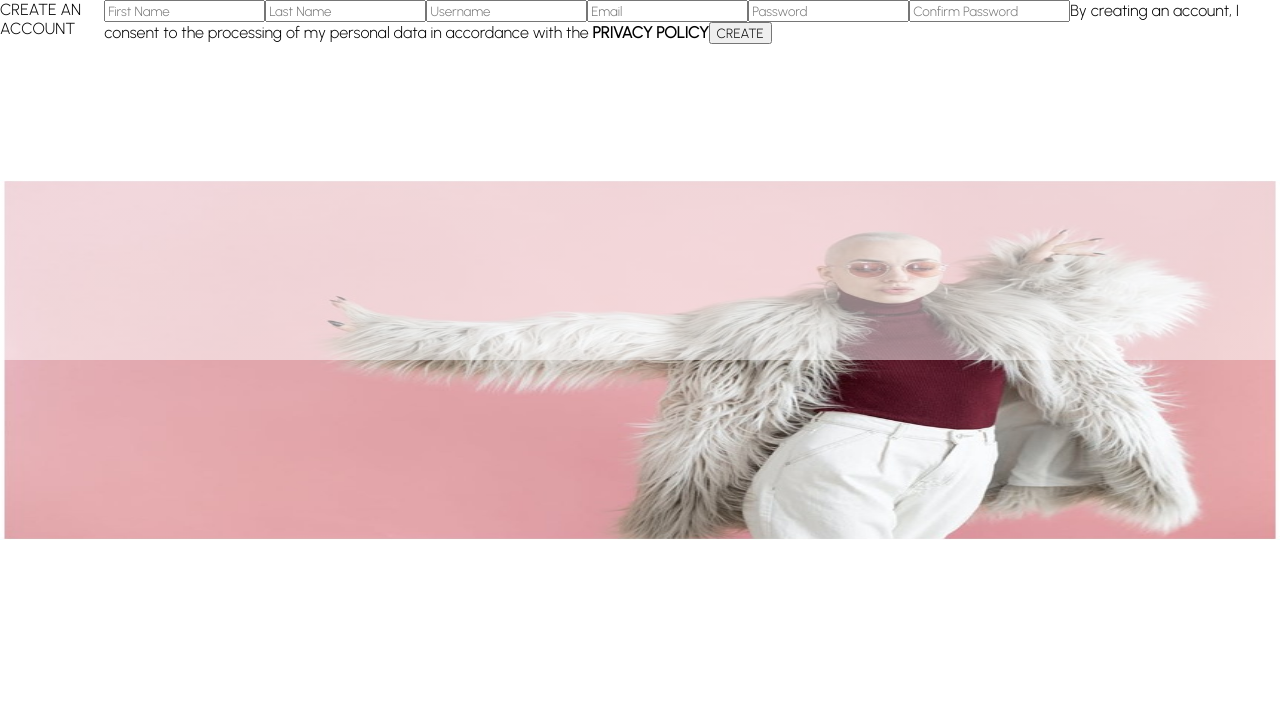
Repository: kmvaghela/ECOMMERCE
Page: /
An editor plug-in stored every save of this project. The page is shown before and after the next save, followed by the edit.
The browser window is 1280 px wide. The pictures show the whole page.
The project was rebuilt for these pictures with package versions that can differ from the ones it lists, and the page was loaded fresh each time. Also part of the build but not shown: src/components/Announcement.jsx, src/data.js, src/components/CategoryItem.jsx, src/components/Categories.jsx, src/components/Navbar.jsx, src/components/Product.jsx, src/components/Products.jsx, src/components/Slider.jsx and 5 more.

Above is the page before, as saved 2022-02-24 09:57:30.

### public/index.html
<!DOCTYPE html>
<html lang="en">

<head>
  <meta charset="utf-8" />
  <meta name="viewport" content="width=device-width, initial-scale=1" />
  <meta name="description" content="Web site created using create-react-app" />
  <link href="https://fonts.googleapis.com/css2?family=Urbanist:wght@100;200;300&display=swap" rel="stylesheet">
  <style>
    * {
      margin: 0;
      font-family: 'Urbanist', sans-serif;
    }
  </style>
  <title>React App</title>
</head>

<body>
  <noscript>You need to enable JavaScript to run this app.</noscript>
  <div id="root"></div>
</body>

</html>

### src/App.jsx
import Home from "./pages/Home";
import Product from "./pages/Product";
import ProductList from "./pages/ProductList";
import Register from "./pages/Register";

const App = () => {
  return (
    // <Home />
    // <ProductList />
    // <Product />
    <Register />
  );
};

export default App;

### src/pages/Register.jsx
import React from "react";
import styled from "styled-components";
import RegisterBg from "../assets/register-bg.jpg";

const Container = styled.div``;

const Wrapper = styled.div`
  height: 100vh;
  width: 100vw;
  background: linear-gradient(
      rgba(255, 255, 255, 0.5),
      rgba(255, 255, 255, 0.5)
    ),
    url(${RegisterBg}) center;
  background-repeat: no-repeat;
  background-size: 100% 50%;
  display:flex;
`;

const Title = styled.div``;

const Form = styled.form``;

const Input = styled.input``;

const Agreement = styled.span``;

const Button = styled.button``;

const Register = () => {
  return (
    <Container>
      <Wrapper>
        <Title>CREATE AN ACCOUNT</Title>
        <Form>
          <Input placeholder="First Name" />
          <Input placeholder="Last Name" />
          <Input placeholder="Username" />
          <Input placeholder="Email" />
          <Input placeholder="Password" />
          <Input placeholder="Confirm Password" />
          <Agreement>
            By creating an account, I consent to the processing of my personal
            data in accordance with the <b>PRIVACY POLICY</b>
          </Agreement>
          <Button>CREATE</Button>
        </Form>
      </Wrapper>
    </Container>
  );
};

export default Register;

Loaded but not shown: src/index.js (common file)

After the next save:
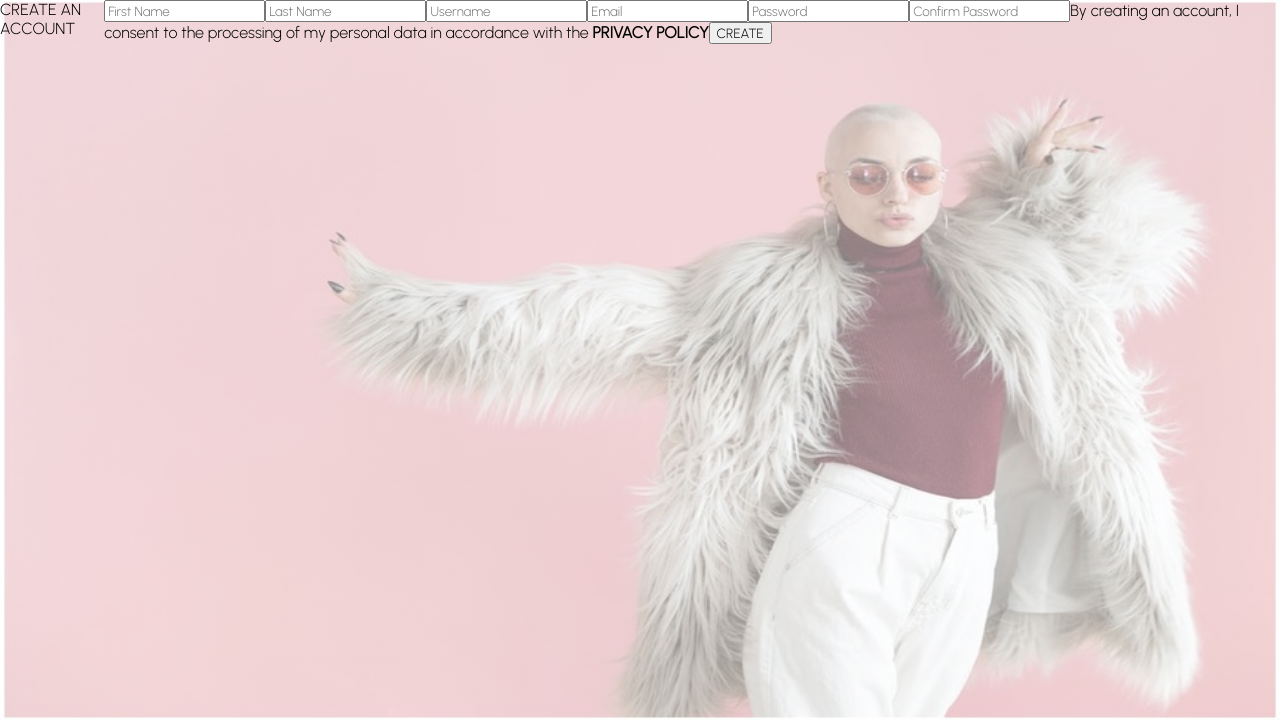
Saved 26 s later.
--- a/src/pages/Register.jsx
+++ b/src/pages/Register.jsx
@@ -13,7 +13,7 @@
     ),
     url(${RegisterBg}) center;
   background-repeat: no-repeat;
-  background-size: 100% 50%;
+  background-size: 100vw 100vh;
   display:flex;
 `;
 
